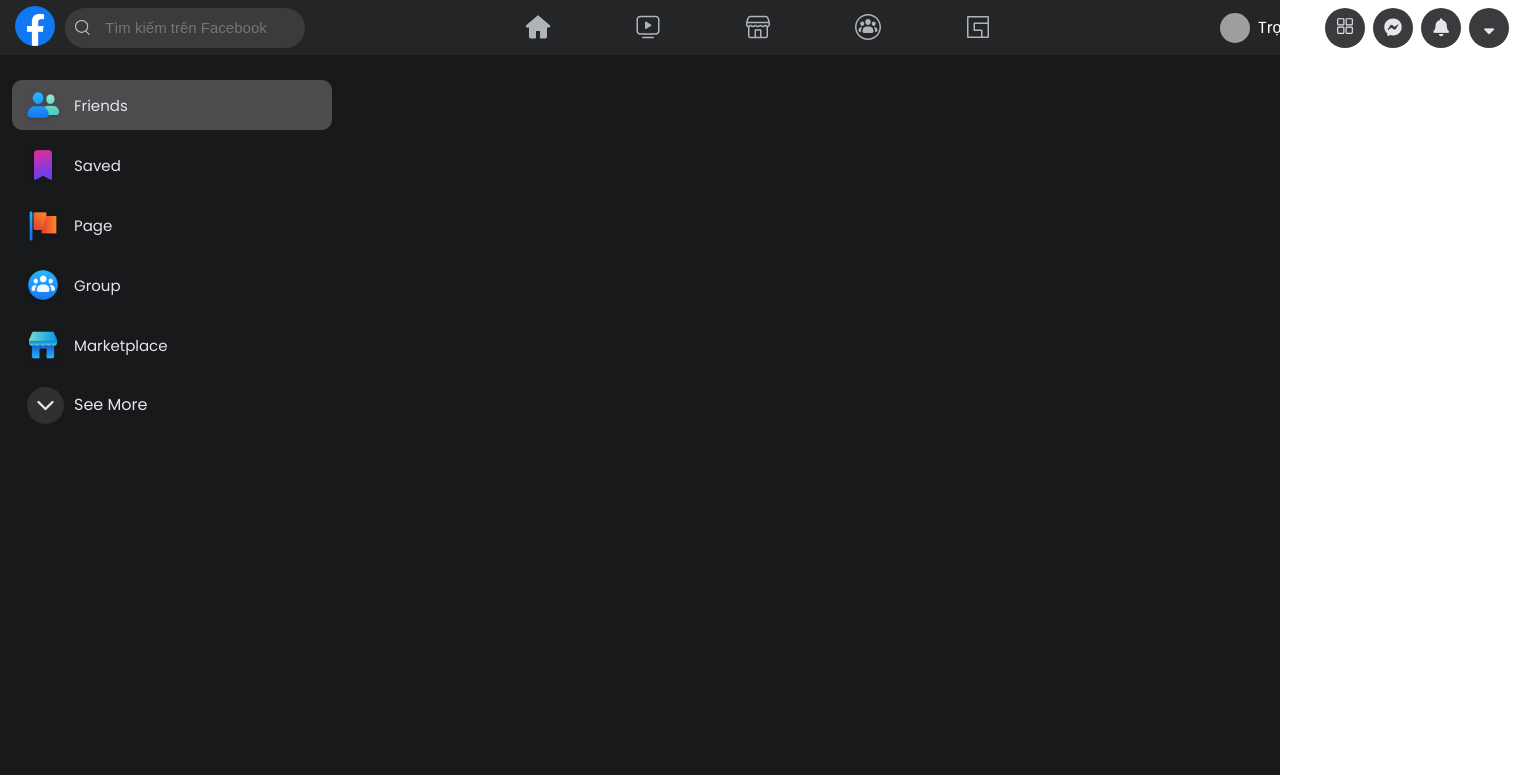
Repository: vanntrong/facebook-clone
Page: index.html
The author's editor kept a copy of each file at every save. The page is drawn from the files as they stood at one save, then again after a run of saves.
The browser window is 1280 px wide. The page is 1517 px wide, so the pictures cover 1517 px, including what lies to the right of the window. The pictures show the whole page.
The pointer rests on the first visible `.imp-links-link`.
Pictures or frames that could not be fetched are drawn as grey boxes.

Above is the page before, as saved 2021-09-08 18:57:48.

### index.html
<!DOCTYPE html>
<html lang="en">
  <head>
    <meta charset="UTF-8" />
    <meta http-equiv="X-UA-Compatible" content="IE=edge" />
    <meta name="viewport" content="width=device-width, initial-scale=1.0" />
    <title>Facebook</title>
    <link rel="stylesheet" href="./assets/css/reset.css" />
    <link rel="stylesheet" href="./assets/css/base.css" />
    <link rel="stylesheet" href="./assets/css/style.css" />
    <link rel="stylesheet" href="./assets/fonts/fontawesome-free-5.15.4-web/css/all.css" />
    <script type="module" src="https://unpkg.com/ionicons@5.5.2/dist/ionicons/ionicons.esm.js"></script>
    <script nomodule src="https://unpkg.com/ionicons@5.5.2/dist/ionicons/ionicons.js"></script>
    <style>
      @import url("https://fonts.googleapis.com/css2?family=Poppins:wght@300;400;500;600;700&display=swap");
    </style>
  </head>
  <body>
    <!-- header -->
    <header class="header">
      <div class="header__nav-left">
        <div class="header__logo">
          <a href="" class="header__logo-link">
            <img src="./assets/images/logo.png" alt="Logo Facebook" class="header__logo-img" />
          </a>
        </div>
        <div class="header__search">
          <img src="./assets/images/search.png" class="header__search-img" />
          <input type="text" class="header__search-input" placeholder="Tìm kiếm trên Facebook" />
        </div>
      </div>

      <div class="header__nav-center">
        <ul class="header__nav-list">
          <li class="header__nav-item">
            <div class="header-item-link">
              <a href="#" class="header-item-icon">
                <svg viewBox="0 0 28 28" class="a8c37x1j ms05siws hwsy1cff b7h9ocf4 aaxa7vy3" height="28" width="28">
                  <path
                    d="M25.825 12.29C25.824 12.289 25.823 12.288 25.821 12.286L15.027 2.937C14.752 2.675 14.392 2.527 13.989 2.521 13.608 2.527 13.248 2.675 13.001 2.912L2.175 12.29C1.756 12.658 1.629 13.245 1.868 13.759 2.079 14.215 2.567 14.479 3.069 14.479L5 14.479 5 23.729C5 24.695 5.784 25.479 6.75 25.479L11 25.479C11.552 25.479 12 25.031 12 24.479L12 18.309C12 18.126 12.148 17.979 12.33 17.979L15.67 17.979C15.852 17.979 16 18.126 16 18.309L16 24.479C16 25.031 16.448 25.479 17 25.479L21.25 25.479C22.217 25.479 23 24.695 23 23.729L23 14.479 24.931 14.479C25.433 14.479 25.921 14.215 26.132 13.759 26.371 13.245 26.244 12.658 25.825 12.29"
                  ></path>
                </svg>
              </a>
            </div>
          </li>
          <li class="header__nav-item">
            <div class="header-item-link">
              <a href="#" class="header-item-icon">
                <svg viewBox="0 0 28 28" class="a8c37x1j ms05siws hwsy1cff b7h9ocf4 em6zcovv" height="28" width="28">
                  <path
                    d="M8.75 25.25C8.336 25.25 8 24.914 8 24.5 8 24.086 8.336 23.75 8.75 23.75L19.25 23.75C19.664 23.75 20 24.086 20 24.5 20 24.914 19.664 25.25 19.25 25.25L8.75 25.25ZM17.163 12.846 12.055 15.923C11.591 16.202 11 15.869 11 15.327L11 9.172C11 8.631 11.591 8.297 12.055 8.576L17.163 11.654C17.612 11.924 17.612 12.575 17.163 12.846ZM21.75 20.25C22.992 20.25 24 19.242 24 18L24 6.5C24 5.258 22.992 4.25 21.75 4.25L6.25 4.25C5.008 4.25 4 5.258 4 6.5L4 18C4 19.242 5.008 20.25 6.25 20.25L21.75 20.25ZM21.75 21.75 6.25 21.75C4.179 21.75 2.5 20.071 2.5 18L2.5 6.5C2.5 4.429 4.179 2.75 6.25 2.75L21.75 2.75C23.821 2.75 25.5 4.429 25.5 6.5L25.5 18C25.5 20.071 23.821 21.75 21.75 21.75Z"
                  ></path>
                </svg>
              </a>
            </div>
          </li>
          <li class="header__nav-item">
            <div class="header-item-link">
              <a href="#" class="header-item-icon">
                <svg viewBox="0 0 28 28" class="a8c37x1j ms05siws hwsy1cff b7h9ocf4 em6zcovv" height="28" width="28">
                  <path
                    d="M17.5 23.75 21.75 23.75C22.164 23.75 22.5 23.414 22.5 23L22.5 14 22.531 14C22.364 13.917 22.206 13.815 22.061 13.694L21.66 13.359C21.567 13.283 21.433 13.283 21.34 13.36L21.176 13.497C20.591 13.983 19.855 14.25 19.095 14.25L18.869 14.25C18.114 14.25 17.382 13.987 16.8 13.506L16.616 13.354C16.523 13.278 16.39 13.278 16.298 13.354L16.113 13.507C15.53 13.987 14.798 14.25 14.044 14.25L13.907 14.25C13.162 14.25 12.439 13.994 11.861 13.525L11.645 13.35C11.552 13.275 11.419 13.276 11.328 13.352L11.155 13.497C10.57 13.984 9.834 14.25 9.074 14.25L8.896 14.25C8.143 14.25 7.414 13.989 6.832 13.511L6.638 13.351C6.545 13.275 6.413 13.275 6.32 13.351L5.849 13.739C5.726 13.84 5.592 13.928 5.452 14L5.5 14 5.5 23C5.5 23.414 5.836 23.75 6.25 23.75L10.5 23.75 10.5 17.5C10.5 16.81 11.06 16.25 11.75 16.25L16.25 16.25C16.94 16.25 17.5 16.81 17.5 17.5L17.5 23.75ZM3.673 8.75 24.327 8.75C24.3 8.66 24.271 8.571 24.238 8.483L23.087 5.355C22.823 4.688 22.178 4.25 21.461 4.25L6.54 4.25C5.822 4.25 5.177 4.688 4.919 5.338L3.762 8.483C3.729 8.571 3.7 8.66 3.673 8.75ZM24.5 10.25 3.5 10.25 3.5 12C3.5 12.414 3.836 12.75 4.25 12.75L4.421 12.75C4.595 12.75 4.763 12.69 4.897 12.58L5.368 12.193C6.013 11.662 6.945 11.662 7.59 12.193L7.784 12.352C8.097 12.609 8.49 12.75 8.896 12.75L9.074 12.75C9.483 12.75 9.88 12.607 10.194 12.345L10.368 12.2C11.01 11.665 11.941 11.659 12.589 12.185L12.805 12.359C13.117 12.612 13.506 12.75 13.907 12.75L14.044 12.75C14.45 12.75 14.844 12.608 15.158 12.35L15.343 12.197C15.989 11.663 16.924 11.663 17.571 12.197L17.755 12.35C18.068 12.608 18.462 12.75 18.869 12.75L19.095 12.75C19.504 12.75 19.901 12.606 20.216 12.344L20.38 12.208C21.028 11.666 21.972 11.666 22.62 12.207L23.022 12.542C23.183 12.676 23.387 12.75 23.598 12.75 24.097 12.75 24.5 12.347 24.5 11.85L24.5 10.25ZM24 14.217 24 23C24 24.243 22.993 25.25 21.75 25.25L6.25 25.25C5.007 25.25 4 24.243 4 23L4 14.236C2.875 14.112 2 13.158 2 12L2 9.951C2 9.272 2.12 8.6 2.354 7.964L3.518 4.802C4.01 3.563 5.207 2.75 6.54 2.75L21.461 2.75C22.793 2.75 23.99 3.563 24.488 4.819L25.646 7.964C25.88 8.6 26 9.272 26 9.951L26 11.85C26 13.039 25.135 14.026 24 14.217ZM16 23.75 16 17.75 12 17.75 12 23.75 16 23.75Z"
                  ></path>
                </svg>
              </a>
            </div>
          </li>
          <li class="header__nav-item">
            <div class="header-item-link">
              <a href="#" class="header-item-icon">
                <svg viewBox="0 0 28 28" class="a8c37x1j ms05siws hwsy1cff b7h9ocf4 em6zcovv" height="28" width="28">
                  <path
                    d="M25.5 14C25.5 7.649 20.351 2.5 14 2.5 7.649 2.5 2.5 7.649 2.5 14 2.5 20.351 7.649 25.5 14 25.5 20.351 25.5 25.5 20.351 25.5 14ZM27 14C27 21.18 21.18 27 14 27 6.82 27 1 21.18 1 14 1 6.82 6.82 1 14 1 21.18 1 27 6.82 27 14ZM7.479 14 7.631 14C7.933 14 8.102 14.338 7.934 14.591 7.334 15.491 6.983 16.568 6.983 17.724L6.983 18.221C6.983 18.342 6.99 18.461 7.004 18.578 7.03 18.802 6.862 19 6.637 19L6.123 19C5.228 19 4.5 18.25 4.5 17.327 4.5 15.492 5.727 14 7.479 14ZM20.521 14C22.274 14 23.5 15.492 23.5 17.327 23.5 18.25 22.772 19 21.878 19L21.364 19C21.139 19 20.97 18.802 20.997 18.578 21.01 18.461 21.017 18.342 21.017 18.221L21.017 17.724C21.017 16.568 20.667 15.491 20.067 14.591 19.899 14.338 20.067 14 20.369 14L20.521 14ZM8.25 13C7.147 13 6.25 11.991 6.25 10.75 6.25 9.384 7.035 8.5 8.25 8.5 9.465 8.5 10.25 9.384 10.25 10.75 10.25 11.991 9.353 13 8.25 13ZM19.75 13C18.647 13 17.75 11.991 17.75 10.75 17.75 9.384 18.535 8.5 19.75 8.5 20.965 8.5 21.75 9.384 21.75 10.75 21.75 11.991 20.853 13 19.75 13ZM15.172 13.5C17.558 13.5 19.5 15.395 19.5 17.724L19.5 18.221C19.5 19.202 18.683 20 17.677 20L10.323 20C9.317 20 8.5 19.202 8.5 18.221L8.5 17.724C8.5 15.395 10.441 13.5 12.828 13.5L15.172 13.5ZM16.75 9C16.75 10.655 15.517 12 14 12 12.484 12 11.25 10.655 11.25 9 11.25 7.15 12.304 6 14 6 15.697 6 16.75 7.15 16.75 9Z"
                  ></path>
                </svg>
              </a>
            </div>
          </li>
          <li class="header__nav-item">
            <div class="header-item-link">
              <a href="#" class="header-item-icon">
                <svg viewBox="0 0 28 28" class="a8c37x1j ms05siws hwsy1cff b7h9ocf4 em6zcovv" height="28" width="28">
                  <path
                    d="M23.5 9.5H10.25a.75.75 0 00-.75.75v7c0 .414.336.75.75.75H17v5.5H4.5v-19h19v5zm0 14h-5v-6.25a.75.75 0 00-.75-.75H11V11h12.5v12.5zm1.5.25V4.25C25 3.561 24.439 3 23.75 3H4.25C3.561 3 3 3.561 3 4.25v19.5c0 .689.561 1.25 1.25 1.25h19.5c.689 0 1.25-.561 1.25-1.25z"
                  ></path>
                </svg>
              </a>
            </div>
          </li>
        </ul>
      </div>

      <div class="header__nav-right">
        <div class="header__nav-user">
          <img
            src="https://scontent.fsgn8-1.fna.fbcdn.net/v/t1.6435-1/p240x240/210197760_1699894010195731_8413836282276662202_n.jpg?_nc_cat=108&ccb=1-5&_nc_sid=7206a8&_nc_ohc=VyKzTsO_4DMAX9YWiV5&tn=ZfnwPn3exKDbVvbU&_nc_ht=scontent.fsgn8-1.fna&oh=88a15a829e8b30a39c7311926931e93a&oe=615D2151"
            class="header__nav-user-img"
          />
          <span class="header__nav-user-name">Trọng</span>
        </div>
        <div class="header__nav-menu">
          <ul class="header-menu-list">
            <li class="header-menu-item">
              <div class="header-menu-link">
                <a href="#" class="header-menu-icon">
                  <ion-icon name="grid-outline"></ion-icon>
                </a>
              </div>
            </li>
            <li class="header-menu-item">
              <div class="header-menu-link">
                <a href="#" class="header-menu-icon">
                  <i class="fab fa-facebook-messenger"></i>
                </a>
              </div>
            </li>
            <li class="header-menu-item">
              <div class="header-menu-link">
                <a href="#" class="header-menu-icon">
                  <i class="fas fa-bell"></i>
                </a>
              </div>
            </li>
            <li class="header-menu-item">
              <div class="header-menu-link">
                <a href="#" class="header-menu-icon">
                  <i class="fas fa-sort-down"></i>
                </a>
              </div>
            </li>
          </ul>
        </div>
      </div>
    </header>

    <!-- container -->
    <div class="app__container">
      <!-- left-sidebar -->
      <div class="left-sidebar">
        <div class="imp-links">
          <a class="imp-links-link" href="#"><img src="./assets/images/friends.png" />Friends</a>
          <a class="imp-links-link" href="#"><img src="./assets/images/saved.png" />Saved</a>
          <a class="imp-links-link" href="#"><img src="./assets/images/pages.png" />Page</a>
          <a class="imp-links-link" href="#"><img src="./assets/images/group.png" />Group</a>
          <a class="imp-links-link" href="#"><img src="./assets/images/marketplace.png" />Marketplace</a>
          <div class="sidebar-see-more">
            <div class="see-more-icon">
              <ion-icon name="chevron-down-outline"></ion-icon>
            </div>
            <span class="see-more-text">See More</span>
          </div>
        </div>
      </div>
      <div class="main-content"></div>
      <div class="right-sidebar"></div>
    </div>

    <footer class="footer"></footer>
  </body>
</html>

### assets/css/base.css
:root {
  --primary-color: #242526;
}

html {
  font-family: "Poppins", sans-serif;
}

* {
  box-sizing: border-box;
}

### assets/css/style.css
.header {
  display: flex;
  align-items: center;
  height: 55px;
  background-color: var(--primary-color);
}

.header__nav-left {
  display: flex;
  align-items: center;
  height: 100%;
}

.header__logo {
  margin-left: 15px;
  margin-right: 10px;
}

.header__logo-link {
  text-decoration: none;
  color: transparent;
}

.header__logo-img {
  width: 40px;
  height: 40px;
}

.header__search {
  background-color: #3a3b3c;
  width: 240px;
  height: 40px;
  border-radius: 20px;
  display: flex;
  align-items: center;
  color: #9ea1a6;
}
.header__search-img {
  width: 15px;
  margin: 10px;
}
.header__search-input {
  width: 100%;
  color: #fff;
  font-weight: 300;
  font-size: 15px;
  background-color: transparent;
  outline: none;
  padding: 0 5px;
  border: 0;
}

.header__nav-center {
  width: 545px;
  height: 100%;
  margin: 0 160px;
}

.header__nav-list {
  display: flex;
  align-items: center;
  list-style: none;
  height: 100%;
}

.header__nav-item {
  width: 110px;
  height: 100%;
  padding: 0 20px;
}

.header-item-link {
  width: 105px;
  height: 53px;
  align-items: center;
  justify-content: center;
  transition: height linear 0.1s;
}

.header-item-link:hover {
  background-color: #4d4c4c;
  border-radius: 10px;
}

.header-item-icon {
  color: #fff;
  fill: #b0b3b8;
  width: 100%;
  height: 100%;
  display: flex;
  align-items: center;
  justify-content: center;
}

.header__nav-right {
  display: flex;
  align-items: center;
  flex: 1;
  height: 100%;
  margin-left: 50px;
}

.header__nav-user {
  display: flex;
  align-items: center;
  margin-right: 20px;
  width: 85px;
  height: 40px;
}

.header__nav-user:hover {
  background-color: #3a3b3c;
  border-radius: 20px;
}

.header__nav-user-img {
  width: 30px;
  height: 30px;
  border-radius: 50%;
}

.header__nav-user-name {
  color: #fff;
  font-size: 16px;
  padding-left: 8px;
  cursor: pointer;
}

.header__nav-menu {
}

.header-menu-list {
  display: flex;
  align-items: center;
  justify-content: space-between;
}

.header-menu-link {
  display: flex;
  align-items: center;
  justify-content: center;
  font-size: 18px;
  margin: 0 8px 0 0;
  background-color: #3a3b3c;
  width: 40px;
  height: 40px;
  border-radius: 50%;
}

.header-menu-link:hover {
  background-color: #595b5c;
}

.header-menu-icon {
  color: #e4e6eb;
  display: block;
}

/* container */
.app__container {
  display: flex;
  justify-content: space-between;
  padding: 25px 0;
  background-color: #18191a;
  height: 100vh;
}

.left-sidebar {
  flex-basis: 25%;
  position: relative;
  margin-left: 12px;
}

.imp-links {
  display: flex;
  flex-direction: column;
}

.imp-links-link {
  height: 50px;
  width: 100%;
  font-size: 15px;
  color: #e4e6eb;
  text-decoration: none;
  margin-bottom: 10px;
  display: flex;
  align-items: center;
}

.imp-links-link:hover {
  background-color: #4c4c4e;
  border-radius: 10px;
  cursor: pointer;
}

.imp-links a img {
  width: 38px;
  height: 38px;
  margin: 0 12px;
}

.sidebar-see-more {
  color: #e4e6eb;
  display: flex;
  align-items: center;
  width: 100%;
  height: 50px;
}

.sidebar-see-more:hover {
  background-color: rgba(255, 255, 255, 0.1);
  border-radius: 10px;
  cursor: pointer;
}

.see-more-icon {
  font-size: 25px;
  width: 37px;
  height: 37px;
  display: flex;
  align-items: center;
  justify-content: center;
  /* margin: 0 15px; */
  margin-left: 15px;
  margin-right: 10px;
  background-color: #303031;
  border-radius: 50%;
}

.main-content {
  flex-basis: 47%;
}

.right-sidebar {
  flex-basis: 25%;
}

Loaded but not shown: assets/css/reset.css (common file); assets/fonts/fontawesome-free-5.15.4-web/css/all.css (library)

After the next 2 saves:
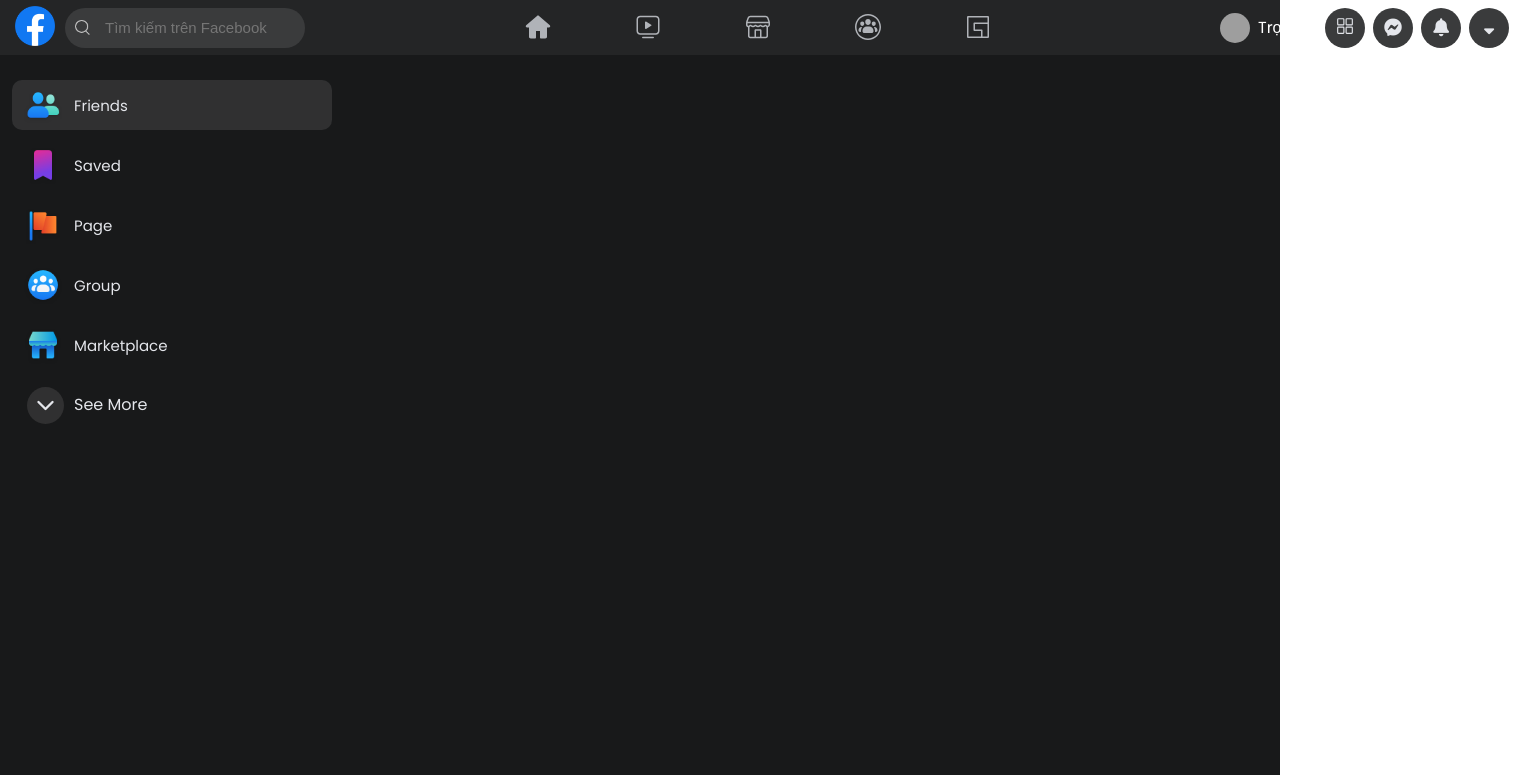
The 2 saves are shown as one change because they came seconds apart.
The last was saved 14 s later.
--- a/assets/css/style.css
+++ b/assets/css/style.css
@@ -188,7 +188,7 @@
 }
 
 .imp-links-link:hover {
-  background-color: #4c4c4e;
+  background-color: rgba(255, 255, 255, 0.1);
   border-radius: 10px;
   cursor: pointer;
 }
